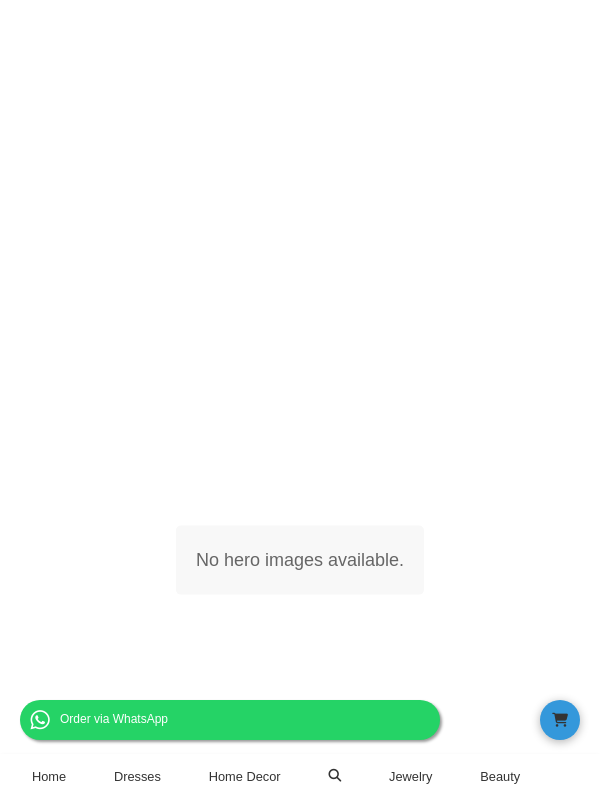
Repository: mrPractise/Elma-Shop
Page: http://localhost/
The author's editor kept a copy of each file at every save. The page is drawn from the files as they stood at one save, then again after the next save.
The browser window is 600 px wide. The pictures show the whole page.
Some web fonts or font styles are not loaded; a fallback is used. The page is served by the project's application, run on Django 5.2 (manage.py). Other server files are loaded and not shown. Queries for data that is not in the repository find no rows.

Above is the page before, as saved 2024-09-29 14:13:43.

### Shop/templatetags/cart_tags.py
from django import template
from Shop.models import Cart, CartItem

register = template.Library()

@register.filter
def cart_item_count(session):
    cart_id = session.get('cart_id')
    if cart_id:
        return CartItem.objects.filter(cart_id=cart_id).count()
    return 0

### Shop/templatetags/category_tags.py


from django import template
from django.urls import reverse

register = template.Library()

@register.simple_tag
def category_url(category):
    url_names = {
        'beauty-products': 'beauty-products',
        'dresses': 'dresses',
        'jewelry': 'jewelry',
        'home-decor': 'home-decor'
    }
    url_name = url_names.get(category.slug, 'category_detail')
    return reverse(url_name, kwargs={'category_slug': category.slug})

### Shop/context_processors.py
# In a new file, e.g., myapp/context_processors.py

from django.conf import settings
import urllib.parse

def whatsapp_url(request):
    phone_number = settings.WHATSAPP_NUMBER
    message = settings.WHATSAPP_MESSAGE
    whatsapp_url = f"https://wa.me/{phone_number}?text={urllib.parse.quote(message)}"
    return {'whatsapp_url': whatsapp_url}

### Shop/cache_control.py
from django.utils.cache import patch_cache_control
from django.conf import settings

def cache_control_middleware(get_response):
    def middleware(request):
        response = get_response(request)
        if request.path.startswith(settings.MEDIA_URL) and request.path.lower().endswith(('.png', '.jpg', '.jpeg', '.gif')):
            patch_cache_control(response, max_age=3600*24*30)  # Cache for 30 days
        return response
    return middleware

### ElmaShop/urls.py
from django.contrib import admin
from django.urls import path, include
from django.conf.urls.static import static
from django.conf import settings

urlpatterns = [
    path('admin/', admin.site.urls),
    path('', include('Shop.urls'))
]

if settings.DEBUG:
    urlpatterns += static(settings.STATIC_URL, document_root=settings.STATIC_ROOT)
    urlpatterns += static(settings.MEDIA_URL, document_root=settings.MEDIA_ROOT)

### static/css/styles.css
/* GENERAL CSS */
@import url("https://fonts.googleapis.com/css2?family=Quicksand:wght@300;400;500;600;700&display=swap");

* {
  margin: 0;
  padding: 0;
  box-sizing: border-box;
}
body {
  font-family: "Quicksand", sans-serif;
  font-weight: 300;
  color: #333;
  line-height: 1.6;
}

/* NAVBAR */
.navbar {
  background-color: #fff;
  padding: 1rem;
  box-shadow: 0 2px 4px rgba(0, 0, 0, 0.1);
  position: sticky;
  top: 0;
  z-index: 1000;
}

.navbar ul {
  list-style-type: none;
  margin: 0;
  padding: 0;
  display: flex;
  justify-content: center;
  align-items: center;
}

.navbar ul li {
  margin: 0 1rem;
}

.navbar ul li a {
  text-decoration: none;
  color: #333;
  font-weight: 400;
  transition: color 0.3s ease;
}

.navbar ul li a:hover {
  color: #e74c3c;
}

.navbar-toggle {
  display: none;
  background: none;
  border: none;
  font-size: 1.5rem;
  cursor: pointer;
}

@media screen and (max-width: 768px) {
  body {
    padding-bottom: 60px; /* Add space for the fixed navbar */
  }

  .navbar {
    position: fixed;
    bottom: 0;
    left: 0;
    right: 0;
    top: auto;
    padding: 0.5rem;
  }

  .navbar ul {
    display: flex;
    flex-direction: row;
    justify-content: space-around;
  }

  .navbar ul li {
    margin: 5px 0;
  }

  .navbar ul li a {
    font-size: 0.8em;
    text-align: center;
    display: flex;
    flex-direction: column;
    align-items: center;
  }

  .navbar ul li a::before {
    font-size: 1.5em;
    margin-bottom: 1px;
  }

  .navbar-toggle {
    display: none; /* Hide the toggle button */
  }
}
  .search-icon {
        cursor: pointer;
    }
    .modal {
    display: none;
    position: fixed;
    z-index: 1000;
    left: 0;
    top: 0;
    width: 100%;
    height: 100%;
    background-color: rgba(0,0,0,0.4);
}

.modal-content {
    background-color: #fefefe;
    margin: 10% auto;
    padding: 20px;
    border: 1px solid #888;
    width: 50%;
    max-width: 500px;
    border-radius: 8px;
    box-shadow: 0 4px 6px rgba(0, 0, 0, 0.1);
}

.close {
    color: #aaa;
    float: right;
    font-size: 28px;
    font-weight: bold;
    cursor: pointer;
}

.close:hover,
.close:focus {
    color: black;
    text-decoration: none;
}

.search-form {
    display: flex;
    margin-top: 20px;
}

.search-form input {
    flex-grow: 1;
    padding: 10px;
    font-size: 16px;
    border: 1px solid #ddd;
    border-right: none;
    border-radius: 4px 0 0 4px;
}

.search-form button {
    padding: 10px 15px;
    background-color: #f8f9fa;
    border: 1px solid #ddd;
    border-radius: 0 4px 4px 0;
    cursor: pointer;
}

/* Responsive styles */
@media screen and (max-width: 768px) {
    .modal-content {
        width: 80%;
        margin: 20% auto;
    }
}

@media screen and (max-width: 480px) {
    .modal-content {
        width: 90%;
        margin: 30% auto;
        padding: 15px;
    }

    .search-form input {
        font-size: 14px;
    }

    .search-form button {
        padding: 8px 12px;
    }


}
/**/
.section {
  min-height: 100vh;
  display: flex;
  flex-direction: column;
  justify-content: center;
  align-items: center;
  padding: 4rem 2rem 2rem;
}

.page-container {
  max-width: 100%;
  margin: 0 auto;
  padding: 1rem;
  min-height: 100vh;
}

.content-wrapper {
  display: grid;
  grid-template-columns: 2fr 5fr;
  gap: 5px;
}

.sidebar {
  flex: 0 0 auto;
  position: sticky;
  top: 65px; /* Adjust this value based on your navbar height */
  height: fit-content;
  overflow: hidden;


}

/* Search_Results Page */
     .search-results-container {
        padding: 20px;
    }
    .search-product-grid {
        display: grid;
        grid-template-columns: repeat(auto-fill, minmax(200px, 1fr));
        gap: 20px;
    }
    .search-product-item {
        border: 1px solid #ddd;
        padding: 10px;
        text-align: center;
    }
    .search-product-image {
        max-width: 100%;
        height: auto;
    }
    .search-pagination {
        margin-top: 20px;
        text-align: center;
    }
    .search-page-link {
        margin: 0 5px;
    }
    .search-current-page {
        font-weight: bold;
    }



.items-page-categories {
  display: flex;
  flex-direction: column;
}

.items-page-category {
  background: none;
border: none;
  padding: 0.5rem;
  cursor: pointer;
  transition: color 0.3s ease;
  overflow:visible;
 margin-bottom: 3px;
 white-space: wrap;
 word-wrap: break-word;

}

.items-page-category:hover,
.items-page-category.active{
  color: #e74c3c;
  background-color:rgb(191, 223, 211);
  border-right: 3px solid goldenrod;
}

.product-header {
  display: flex;
  justify-content: space-between;
  align-items: center;
  margin-bottom: 1rem;
}

.product-count {
  font-weight: bold;
}

.sort-dropdown select {
  padding: 0.5rem;
  border: 1px solid #ccc;
  border-radius: 4px;
}

.product-grid {
  display: grid;
  grid-template-columns: repeat(auto-fill, minmax(200px, 1fr));
  gap: 1rem;
}


.featured-page {
  background-color: #fff;
  border-radius: 10px;
  overflow: hidden;
  box-shadow: 0 4px 8px rgba(0, 0, 0, 0.1);
  margin-bottom: 3rem;
  display: flex;
  align-items: stretch;
}

.page-header {
  text-align: center;
  margin-bottom: 1rem;
  position: relative;
}
.page-title {
  font-family: "Playfair Display", serif;
  font-size: 4rem;
  color: #2c3e50;
  margin-bottom: 1rem;
  position: relative;
  display: inline-block;
}

.page-title::after {
  content: "";
  position: absolute;
  bottom: -10px;
  left: 50%;
  transform: translateX(-50%);
  width: 100px;
  height: 3px;
  background: linear-gradient(to right, #f39c12, #e74c3c);
}
.page-subtitle {
  font-size: 1.2rem;
  color: #7f8c8d;
  font-weight: 300;
}

/* HOME-PAGE */
h2 {
  font-size: 2.5rem;
  margin-bottom: 2rem;
  text-align: center;
}
.see-more {
  margin-top: 2rem;
  padding: 1rem 2rem;
  background-color: #e74c3c;
  color: white;
  text-decoration: none;
  border-radius: 5px;
  transition: background-color 0.3s ease;
}
.see-more:hover {
  background-color: #c0392b;
}

/* Hero Section */
.hero-section {
  display: flex;
  gap: 5px;
  min-height: 100vh; /* Full viewport height */
  overflow: hidden; /* Prevents any overflow */
}

.hero-left,
.hero-right {
  flex: 1;
  display: flex;
  flex-direction: column;
}

.hero-image-container {
  flex: 1;
  overflow: hidden;
  position: relative;
  margin-bottom: 5px; /* Consistent gap */
}

.hero-image {
  width: 100%;
  height: 100%;
  object-fit: cover;
  position: absolute;
  top: 0;
  left: 0;
}

.hero-image-overlay {
  position: absolute;
  bottom: 0;
  left: 0;
  right: 0;
  background: rgba(0, 0, 0, 0.5);
  color: white;
  padding: 10px;
  text-align: center;
}

.hero-image-overlay h3 {
  margin: 0;
  font-size: 1.2em;
}

.hero-image-overlay p {
  margin: 5px 0 0;
  font-size: 0.9em;
}

/* Responsive adjustments */
@media (max-width: 768px) {
  .hero-section {
    flex-direction: column;
    min-height: auto; /* Allow height to adjust based on content */
  }

  .hero-left,
  .hero-right {
    width: 100%;
  }

  .hero-image-container {
    height: 50vh; /* Half viewport height on smaller screens */
  }
}

@media (max-width: 480px) {
  .hero-image-container {
    height: 33vh; /* Shorter on very small screens */
  }

  .hero-image-overlay h3 {
    font-size: 1em;
  }

  .hero-image-overlay p {
    font-size: 0.8em;
  }
}

/* Dresses Section */
.Dresses-section {
  background-color: #f9e7e7;
}
.Dresses-showcase {
  display: flex;
  justify-content: space-around;
  width: 100%;
  max-width: 1200px;
  flex-wrap: wrap;
}
.dress-category {
  text-align: center;
  transition: transform 0.3s ease;
  margin: 1rem;
}
.dress-category:hover {
  transform: translateY(-10px);
}
.dress-category img {
  width: 200px;
  height: 300px;
  object-fit: cover;
  border-radius: 10px;
  box-shadow: 0 4px 8px rgba(0, 0, 0, 0.1);
}
.dress-category h3 {
  margin-top: 1rem;
}

/* Home Decor Section */
.Homedecor-section {
  background-color: #e7f0f9;
}
.decor-grid {
  display: grid;
  grid-template-columns: repeat(auto-fit, minmax(250px, 1fr));
  gap: 2rem;
  width: 80%;
  max-width: 1200px;
}
.decor-item {
  position: relative;
  overflow: hidden;
  border-radius: 10px;
  box-shadow: 0 4px 8px rgba(0, 0, 0, 0.1);
}
.decor-item img {
  width: 100%;
  height: 250px;
  object-fit: cover;
  transition: transform 0.3s ease;
}
.decor-item:hover img {
  transform: scale(1.05);
}
.decor-info {
  position: absolute;
  bottom: 0;
  left: 0;
  right: 0;
  background: rgba(255, 255, 255, 0.9);
  padding: 1rem;
  transform: translateY(100%);
  transition: transform 0.3s ease;
}
.decor-item:hover .decor-info {
  transform: translateY(0);
}

.Jewelry-section {
  background-color: #f9f3e6;
}
.Jewelry-showcase {
  display: grid;
  grid-template-columns: repeat(auto-fit, minmax(280px, 1fr));
  gap: 2rem;
  width: 90%;
  max-width: 1200px;
}
.jewelry-item {
  border-radius: 10px;
  overflow: hidden;
  box-shadow: 0 4px 8px rgba(0, 0, 0, 0.1);
  transition: transform 0.3s ease, box-shadow 0.3s ease;
  display: flex;
  flex-direction: column;
}
.jewelry-item:hover {
  transform: translateY(-5px);
  box-shadow: 0 6px 12px rgba(0, 0, 0, 0.15);
}
.jewelry-image {
  width: 100%;
  height: 300px;
  overflow: hidden;
}
.jewelry-image img {
  width: 100%;
  height: 100%;
  object-fit: cover;
  transition: transform 0.3s ease;
}
.jewelry-item:hover .jewelry-image img {
  transform: scale(1.05);
}
.jewelry-info {
  padding: 1.5rem;
  display: flex;
  flex-direction: column;
  flex-grow: 1;
}
.jewelry-info h3 {
  margin: 0 0 0.5rem;
  color: #333;
  font-size: 1.2rem;
}
.jewelry-info p {
  margin: 0 0 1rem;
  color: #e74c3c;
  font-weight: 400;
}
.jewelry-description {
  font-size: 0.9rem;
  color: #666;
  flex-grow: 1;
}
/* Beauty Section */
.Beauty-Products-section {
  background-color: #f0e7f9;
}


.section-title {
  text-align: center;
  margin-bottom: 2rem;
  color: #333;
  font-size: 2.5rem;
}

.beauty-container {
  margin: 0 auto;
  padding: 0 1rem;
}

.beauty-masonry {
  column-count: 2;
  column-gap: 1rem;
  margin: 0 auto;
  max-width: 100%;
}

.beauty-item {
  break-inside: avoid;
  margin-bottom: 1rem;
  position: relative;
  overflow: hidden;
  width: 100%;
  display: inline-block;
}

.beauty-item img {
  width: 100%;
  display: block;
  transition: transform 0.3s ease;
}

.beauty-item:hover img {
  transform: scale(1.05);
}

.beauty-overlay {
  position: absolute;
  bottom: 0;
  left: 0;
  right: 0;
  background: linear-gradient(to top, rgba(0, 0, 0, 0.7), transparent);
  color: white;
  padding: 1rem;
  transform: translateY(100%);
  transition: transform 0.3s ease;
}

.beauty-item:hover .beauty-overlay {
  transform: translateY(0);
}

.beauty-overlay h3 {
  margin: 0 0 0.5rem;
  font-size: 1.2rem;
}

.beauty-overlay p {
  margin: 0;
  font-size: 0.9rem;
  word-wrap: break-word;
  overflow-wrap: break-word;
  hyphens: auto;
}
@media (max-width: 480px) {
  .beauty-masonry {
    column-count: 1;
  }
}
@media (max-width: 768px) {
  .beauty-item {
    flex: 0 0 calc(50% - 0.5rem);
  }

  .jewelry-showcase {
    grid-template-columns: repeat(auto-fit, minmax(250px, 1fr));
  }
}

/* HOMEDECOR PAGE */
.homedecor-page-container {
  background-color: #e7f0f9;
}

/* PRODUCT-Items */
.product-grid {
  display: grid;
  grid-template-columns: repeat(auto-fill, minmax(250px, 1fr));
  gap: 2rem;
  width: 100%;
}

.product-item {
  background-color: #fff;
  border-radius: 10px;
  overflow: hidden;
  box-shadow: 0 4px 8px rgba(0, 0, 0, 0.1);
  transition: transform 0.3s ease;
  display: flex;
  flex-direction: column;
}

.product-item:hover {
  transform: translateY(-5px);
}

.product-image-container {
  position: relative;
  width: 100%;
  height: 100%;
  padding-top: 100%; /* 1:1 Aspect Ratio */
  overflow: hidden;
}

.product-item img {
  position: absolute;
  top: 0;
  left: 0;
  width: 100%;
  height: 100%;
  object-fit: cover;
  transition: transform 0.3s ease;
}

.product-item:hover img {
  transform: scale(1.05);
}

.product-info {
  padding: 1rem;
  display: flex;
  flex-direction: column;
  flex-grow: 1;
}

.product-desc p {
  word-wrap: break-word; /* Breaks long words */
  overflow: hidden; /* Hides overflow content */
  text-overflow: ellipsis; /* Adds "..." for overflowing text */
  white-space: normal; /* Allows text to wrap to the next line */
  margin: 0; /* Optional: adjust margin */
}

.product-info h3 {
  margin-bottom: 0.5rem;
  font-size: 1.1rem;
  line-height: 1.2;
}

.product-price {
  font-weight: 400;
  color: #e74c3c;
  margin-bottom: 0.5rem;
}

.product-cart {
  display: flex;
  justify-content: space-between;
  align-items: center;
  margin-top: auto;
}

.cart-btn,
.remove-from-cart {
  padding: 0.5rem 1rem;
  border: none;
  border-radius: 5px;
  cursor: pointer;
  transition: background-color 0.3s ease;
}

.cart-btn {
  background-color: #3498db;
  color: white;
}

.cart-btn:hover {
  background-color: #2980b9;
}

.remove-from-cart {
  background-color: #e74c3c;
  color: white;
}

.remove-from-cart:hover {
  background-color: #c0392b;
}

.no-product {
  position: absolute;
  top: 50%;
  height: fit-content;
  left: 50%;
  transform: translate(-50%, -50%);
  text-align: center;
}
.cart-icon {
    position: relative;
    display: inline-block;
}

.cart-counter {
    position: absolute;
    top: -10px;
    right: -10px;
    background-color: #e74c3c;
    color: white;
    border-radius: 50%;
    padding: 2px 6px;
    font-size: 0.7em;
    font-weight: bold;
}



@media screen and (max-width: 768px) {
    .cart-icon {
        position: fixed;
        bottom: 60px;
        right: 20px;
        background-color: #3498db;
        color: white;
        border-radius: 50%;
        width: 40px;
        height: 40px;
        display: flex;
        justify-content: center;
        align-items: center;
        box-shadow: 0 2px 10px rgba(0, 0, 0, 0.3);
        z-index: 1000;
    }

    .cart-icon i {
        font-size: 14px;
    }

    .cart-counter {
        position: absolute;
        top: -5px;
        right: -5px;
        background-color: #e74c3c;
        color: white;
        border-radius: 50%;
        padding: 2px 6px;
        font-size: 0.7em;
        font-weight: bold;
    }
}

@media (max-width: 768px) {

  .no-product {
    top: 70%;
  }
}

.cart-btn,
.remove-from-cart {
  color: white;
  border: none;
  padding: 0.5rem 1rem;
  border-radius: 5px;
  cursor: pointer;
  transition: background-color 0.3s ease;
}
.cart-btn {
  background-color: #3498db;
}
.cart-btn:hover {
  background-color: #2980b9;
}
.remove-from-cart {
  background-color: #e74c3c;
}
.cart-quantity {
  font-weight: 500;
  background-color: #e7d33c;
  color: rgb(34, 31, 31);
  padding: 0.2rem 0.6rem;
  border-radius: 50%;
}

/* CART-PAGE */
.cart-container {
  max-width: 1200px;
  margin: 0 auto;
  padding: 40px 20px;
  display: flex;
  gap: 40px;
}
h1 {
  font-size: 2.5em;
  margin-bottom: 30px;
  color: #2c3e50;
}
.cart-items {
  flex: 3;
}
.cart-item {
  background-color: #fff;
  border-radius: 8px;
  box-shadow: 0 4px 6px rgba(0, 0, 0, 0.1);
  margin-bottom: 20px;
  overflow: hidden;
  transition: transform 0.3s ease;
}
.cart-item:hover {
  transform: translateY(-5px);
}
.item-content {
  display: flex;
  padding: 20px;
}
.item-image {
  width: 100px;
  height: 100px;
  object-fit: cover;
  border-radius: 4px;
  margin-right: 20px;
}
.item-details {
  flex-grow: 1;
}
.item-name {
  font-weight: 500;
  font-size: 1.1em;
  margin-bottom: 5px;
}
.item-price {
  color: #3498db;
  font-weight: 600;
}
.item-quantity {
  display: flex;
  align-items: center;
  margin-top: 10px;
}
.quantity-btn {
  background-color: #f1f3f5;
  color: #333;
  border: none;
  width: 30px;
  height: 30px;
  font-size: 1.2em;
  cursor: pointer;
  transition: background-color 0.3s;
  border-radius: 50%;
}
.quantity-btn:hover {
  background-color: #e9ecef;
}
.quantity-input {
  width: 40px;
  text-align: center;
  margin: 0 10px;
  font-size: 1em;
  border: none;
  background-color: transparent;
}
.item-total {
  font-weight: 800;
  margin-left: 20px;
}
.remove-item {
  background-color: #e74c3c;
  color: white;
  border: none;
  padding: 5px 10px;
  cursor: pointer;
  transition: background-color 0.3s;
  border-radius: 4px;
  font-size: 0.9em;
}
.remove-item:hover {
  background-color: #c0392b;
}
.empty-cart-message,
.empty-cart-summary {
  text-align: center;
  padding: 20px;
  font-size: 18px;
  color: #666;
}

.empty-cart-message {
  background-color: #f8f8f8;
  border-radius: 5px;
}

.cart-summary {
  flex: 1;
  background-color: #fff;
  padding: 20px;
  border-radius: 8px;
  box-shadow: 0 4px 6px rgba(0, 0, 0, 0.1);
  position: sticky;
  top: 20px;
  height: fit-content;
}
.summary-title {
  font-size: 1.5em;
  margin-bottom: 20px;
  color: #2c3e50;
}

.summary-items {
  margin-bottom: 15px;
}
.summary-item {
  display: flex;
  justify-content: space-between;
  margin-bottom: 10px;
}
.summary-item-details {
  flex-grow: 1;
}
.summary-item-name {
  font-weight: 500;
}
.summary-item-quantity {
  font-size: 0.9em;
  font-weight: 400;
  color: #666;
}
.summary-item-total {
  text-align: right;
  font-weight: 600;
}
.summary-subtotal {
  border-top: 1px solid #ddd;
  padding-top: 10px;
  margin-top: 10px;

  font-weight: 700;
}
.summary-total {
  font-size: 1.2em;
  font-weight: 800;
  color: #3498db;
  margin-top: 20px;
  padding-top: 20px;
  border-top: 1px solid #eee;
}
.checkout-btn {
  background-color: #2ecc71;
  color: white;
  border: none;
  padding: 15px 20px;
  font-size: 1em;
  border-radius: 4px;
  cursor: pointer;
  transition: background-color 0.3s;
  width: 100%;
  margin-top: 20px;
  a{
    text-decoration: none;
  }
}
.checkout-btn:hover {
  background-color: #27ae60;
}
.thankyou-container {
    max-width: 800px;
    margin: 0 auto;
    padding: 20px;
    font-family: Arial, sans-serif;
    background-color: #f9f9f9;
    border-radius: 10px;
    box-shadow: 0 0 10px rgba(0,0,0,0.1);
}

.thankyou-order-item {
    background-color: #fff;
    border: 1px solid #ddd;
    border-radius: 5px;
    padding: 15px;
    margin-bottom: 15px;
}

.thankyou-order-item p {
    margin: 5px 0;
    font-size: 1.1em;
}

.thankyou-total {
    font-weight: bold;
    font-size: 2em;
    margin-top: 20px;
      color: #3498db;
}

.thankyou-message {
    text-align: center;
}

.thankyou-button {
    display: block;
    width: 80%;
    max-width: 300px;
    margin: 20px auto;
    padding: 15px;
    text-align: center;
    text-decoration: none;
    font-size: 1.2em;
    border-radius: 5px;
    transition: background-color 0.3s ease;
}

.thankyou-whatsapp-button {
    background-color: #25D366;
    color: white;
}

.thankyou-whatsapp-button:hover {
    background-color: #128C7E;
}

.continue-shopping-button {
    background-color: #3498db;
    color: white;
}

.continue-shopping-button:hover {
    background-color: #2980b9;
}

.checkout-actions {
    margin-top: 20px;
    display: flex;
    justify-content: space-between;
}

.button {
    padding: 10px 20px;
    font-size: 16px;
    border: none;
    border-radius: 5px;
    cursor: pointer;
    text-decoration: none;
    display: inline-block;
    text-align: center;
    transition: background-color 0.3s ease;
}

.continue-shopping-button {
    background-color: #4CAF50;
    color: white;
}

.continue-shopping-button:hover {
    background-color: #45a049;
}

.cancel-order-button {
    background-color: #f44336;
    color: white;
}

.cancel-order-button:hover {
    background-color: #d32f2f;
}

@media (max-width: 600px) {
    .thankyou-container {
        padding: 10px;
    }

    .thankyou-container h1 {
        font-size: 2em;
    }

    .thankyou-container h2 {
        font-size: 1.5em;
    }

    .thankyou-button {
        width: 100%;
    }
}

   .whatsapp-float {
        position: fixed;
        bottom: 40px;
        right: 40px;
        display: flex;
        align-items: center;
        background-color: #25d366;
        color: #FFF;
        border-radius: 50px;
        text-decoration: none;
        transition: all 0.3s;
        z-index: 100;
        box-shadow: 2px 2px 3px #999;
        overflow: hidden;
        max-width: calc(100% - 80px); /* Prevent full width on small screens */
    }

    .whatsapp-float-icon {
        width: 60px;
        height: 60px;
        display: flex;
        align-items: center;
        justify-content: center;
        font-size: 30px;
        flex-shrink: 0;
    }

    .whatsapp-float-text {
        padding-right: 20px;
        font-size: 14px;
        opacity: 0;
        max-width: 0;
        overflow: hidden;
        transition: all 0.3s;
        white-space: nowrap;
    }

    .whatsapp-float:hover {
        background-color: #128C7E;
    }

    .whatsapp-float:hover .whatsapp-float-text {
        opacity: 1;
        max-width: 200px; /* Adjust based on your text length */
    }

    @keyframes showText {
        0%, 100% { opacity: 0; max-width: 0; }
        10%, 90% { opacity: 1; max-width: 200px; } /* Adjust based on your text length */
    }

    .whatsapp-float .whatsapp-float-text {
        animation: showText 6s infinite;
    }

    @media screen and (max-width: 767px) {
        .whatsapp-float {
            bottom: 60px;
            left: 20px;
            max-width: 70%;
        }

        .whatsapp-float-icon {
            width: 40px;
            height: 40px;
            font-size: 22px;
        }

        .whatsapp-float-text {
            font-size: 12px;
            padding-right: 10px;
        }

        @keyframes showText {
            0%, 100% { opacity: 0; max-width: 0; }
            10%, 90% { opacity: 1; max-width: 250px; } /* Smaller max-width for mobile */
        }
    }




.messages-container {
    position: fixed;
    top: 20px;
    right: 20px;
    z-index: 1000;
    max-width: 300px;
}

.message {
    margin-bottom: 10px;
    padding: 15px;
    border-radius: 4px;
    display: flex;
    align-items: center;
    box-shadow: 0 2px 4px rgba(0,0,0,0.2);
    animation: slideIn 0.5s ease-out;
}

@keyframes slideIn {
    from {
        transform: translateX(100%);
        opacity: 0;
    }
    to {
        transform: translateX(0);
        opacity: 1;
    }
}


/* Checkout Page Styles */

.checkout-container {
    max-width: 800px;
    margin: 0 auto;
    padding: 20px;
    font-family: Arial, sans-serif;
    background-color: #f9f9f9;
    border-radius: 8px;
    box-shadow: 0 0 10px rgba(0,0,0,0.1);
}

h1 {
    color: #333;
    text-align: center;
    margin-bottom: 20px;
}

h2 {
    color: #444;
    margin-top: 30px;
    margin-bottom: 15px;
    border-bottom: 2px solid #ddd;
    padding-bottom: 10px;
}

form {
    margin-bottom: 30px;
}

form p {
    margin-bottom: 15px;
}

form label {
    display: block;
    margin-bottom: 5px;
    font-weight: bold;
    color: #555;
}

form input[type="text"],
form textarea {
    width: 100%;
    padding: 10px;
    border: 1px solid #ddd;
    border-radius: 4px;
    font-size: 16px;
}

.checkout-item {
    display: flex;
    align-items: center;
    margin-bottom: 20px;
    background-color: #fff;
    padding: 15px;
    border-radius: 6px;
    box-shadow: 0 2px 5px rgba(0,0,0,0.05);
}

.checkout-item-image {
    width: 80px;
    height: 80px;
    object-fit: cover;
    border-radius: 4px;
    margin-right: 15px;
}

.checkout-item-details {
    flex-grow: 1;
}

.checkout-item-details p {
    margin: 5px 0;
    color: #333;
}

.checkout-item-details p:first-child {
    font-weight: bold;
    font-size: 18px;
}

form h3 {
    text-align: right;
    margin-top: 20px;
    font-size: 20px;
    color: #333;
}

button[type="submit"] {
    display: block;
    width: 100%;
    padding: 15px;
    background-color: #4CAF50;
    color: white;
    border: none;
    border-radius: 4px;
    font-size: 18px;
    cursor: pointer;
    transition: background-color 0.3s ease;
}

button[type="submit"]:hover {
    background-color: #45a049;
}
.location-options {
    display: flex;
    flex-direction: column;
    gap: 10px;
    margin-bottom: 20px;
}
.checkout-p{

  font-weight: 800;
  color: #27ae60;
}
.location-option {
    display: flex;
    align-items: center;
}

.location-option input[type="radio"] {
    margin-right: 10px;
}

.location-option label {
    display: flex;
    align-items: center;
    cursor: pointer;
}

#custom-address-option {
    margin-bottom: 20px;
}

#custom-address-field {
    margin-top: 10px;
}
/* Responsive adjustments */
@media (max-width: 600px) {
    .checkout-container {
        padding: 15px;
    }

    .checkout-item {
        flex-direction: column;
        align-items: flex-start;
    }

    .checkout-item-image {
        width: 100%;
        height: auto;
        margin-right: 0;
        margin-bottom: 15px;
    }

    .checkout-item-details {
        width: 100%;
    }
}

@media (max-width: 768px) {
  .cart-container {
    flex-direction: column;
  }
  .cart-summary {
    position: static;
    order: -1;
    margin-bottom: 20px;
  }
}

Loaded but not shown: Shop/templatetags/custom_filters.py (common file); Shop/views.py (390 lines, source omitted); templates/home.html (184 lines, source omitted); templates/navbar.html (82 lines, source omitted); Shop/urls.py (20 lines, source omitted); templates/whatsappicon.html (20 lines, source omitted)

After the next save:
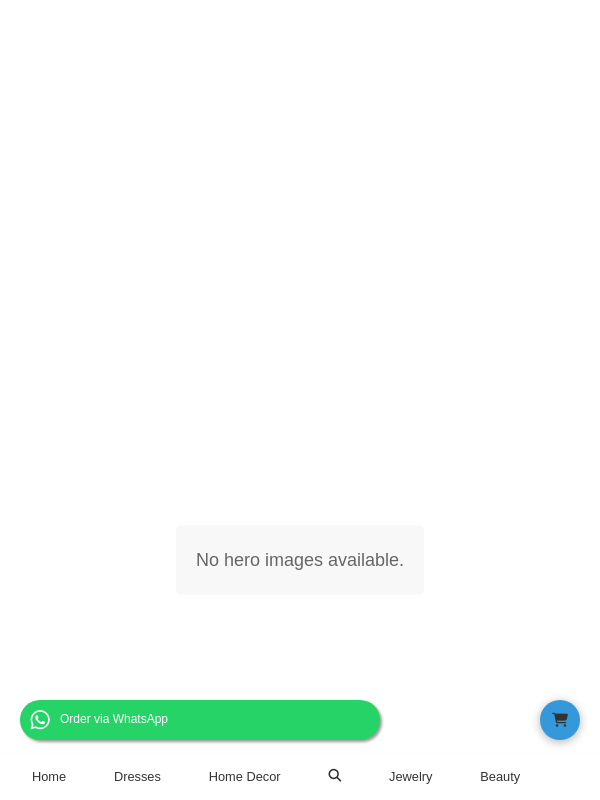
Saved 66 s later.
--- a/static/css/styles.css
+++ b/static/css/styles.css
@@ -1212,7 +1212,7 @@ h1 {
         .whatsapp-float {
             bottom: 60px;
             left: 20px;
-            max-width: 70%;
+            max-width: 60%;
         }
 
         .whatsapp-float-icon {
